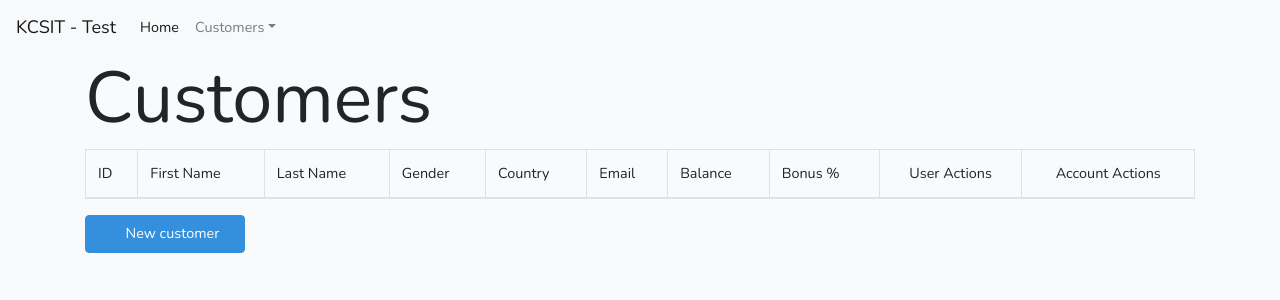
Repository: GilmarBrito/kcsit
Page: http://localhost/customers
These files come from the project's save history. The page is drawn as it stood at one moment and after the next save; the edit follows.
The browser window is 1280 px wide. The pictures show the whole page.
The page is served by the project's Laravel application, run on PHP 8.4 with Laravel 8. Style sheets and scripts are compiled from the project's sources, by tool versions that may differ from the author's. Queries for data that is not in the repository find no rows.

Above is the page before, as saved 2020-03-09 00:31:43.
Console error: ReferenceError: $ is not defined

After the next save:
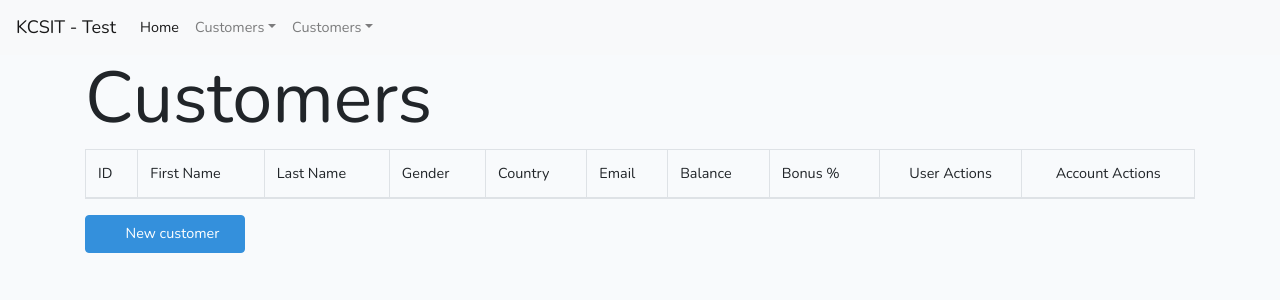
Saved 2 min 58 s later.
--- a/resources/views/base.blade.php
+++ b/resources/views/base.blade.php
@@ -17,6 +17,13 @@
             <ul class="navbar-nav mr-auto">
                 <li class="nav-item active">
                     <a class="nav-link" href="#">Home <span class="sr-only">(current)</span></a>
+                </li>
+                <li class="nav-item dropdown">
+                    <a class="nav-link dropdown-toggle" href="#" id="navbarDropdown" role="button" data-toggle="dropdown" aria-haspopup="true" aria-expanded="false">Customers</a>
+                    <div class="dropdown-menu" aria-labelledby="navbarDropdown">
+                        <a class="dropdown-item" href="{{ route('customers.index') }}">List</a>
+                        <a class="dropdown-item" href="{{ route('customers.create')}}">New</a>
+                    </div>
                 </li>
                 <li class="nav-item dropdown">
                     <a class="nav-link dropdown-toggle" href="#" id="navbarDropdown" role="button" data-toggle="dropdown" aria-haspopup="true" aria-expanded="false">Customers</a>
